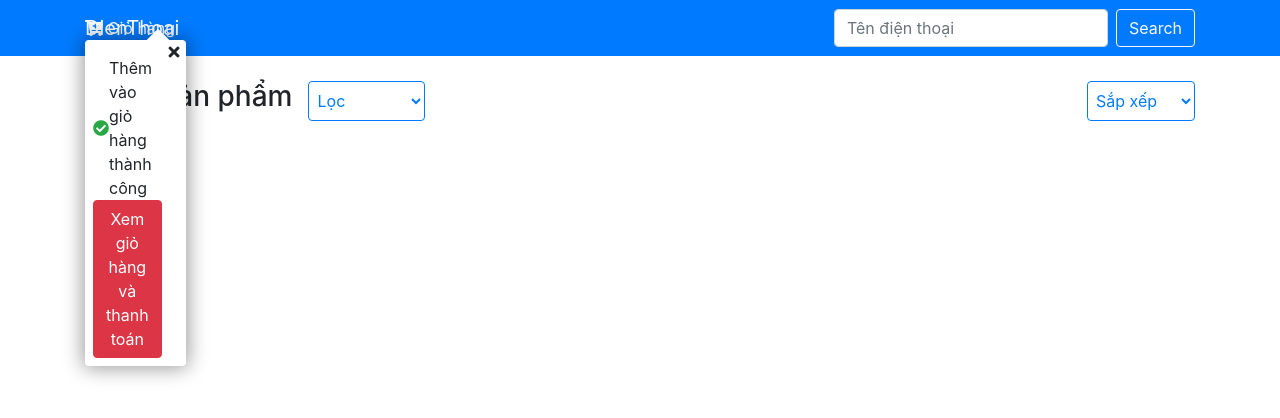
Repository: dovanthao2404/BC14_Bai_Tap_Ban_Dien_Thoai_dovanthao
Page: app/views/index.html
The author's editor kept a copy of each file at every save. The page is drawn from the files as they stood at one save, then again after the next save.
The browser window is 1280 px wide. The pictures show the whole page.
Some web libraries are served in a nearby version. The style sheet was rebuilt from its Sass, Less or Tailwind sources for each picture, by a compiler version that may differ from the author's.

Above is the page before, as saved 2021-08-14 16:29:13.
Console error (its wording comes from the project's code and is left out).

After the next save:
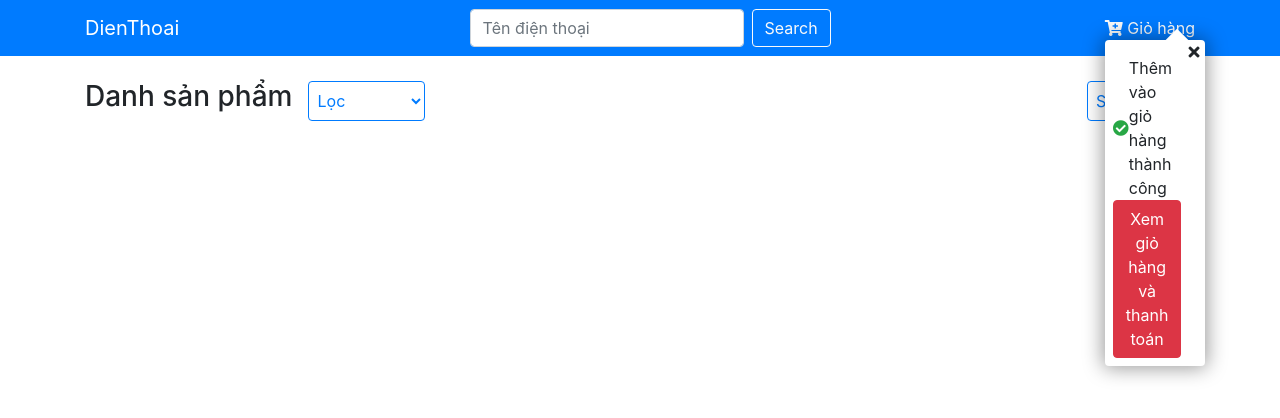
Saved 9 s later.
--- a/app/views/index.html
+++ b/app/views/index.html
@@ -44,7 +44,7 @@
             aria-label="Search">
           <button id="btnSearch" class="btn btn-outline-light my-2 my-sm-0" type="button">Search</button>
         </form>
-        <div class="phone-cart position-absolute">
+        <div class="phone-cart position-relative">
           <a href="cart.html" class="text-light">
             <i class="fa fa-cart-plus"></i> Giỏ hàng
           </a>
